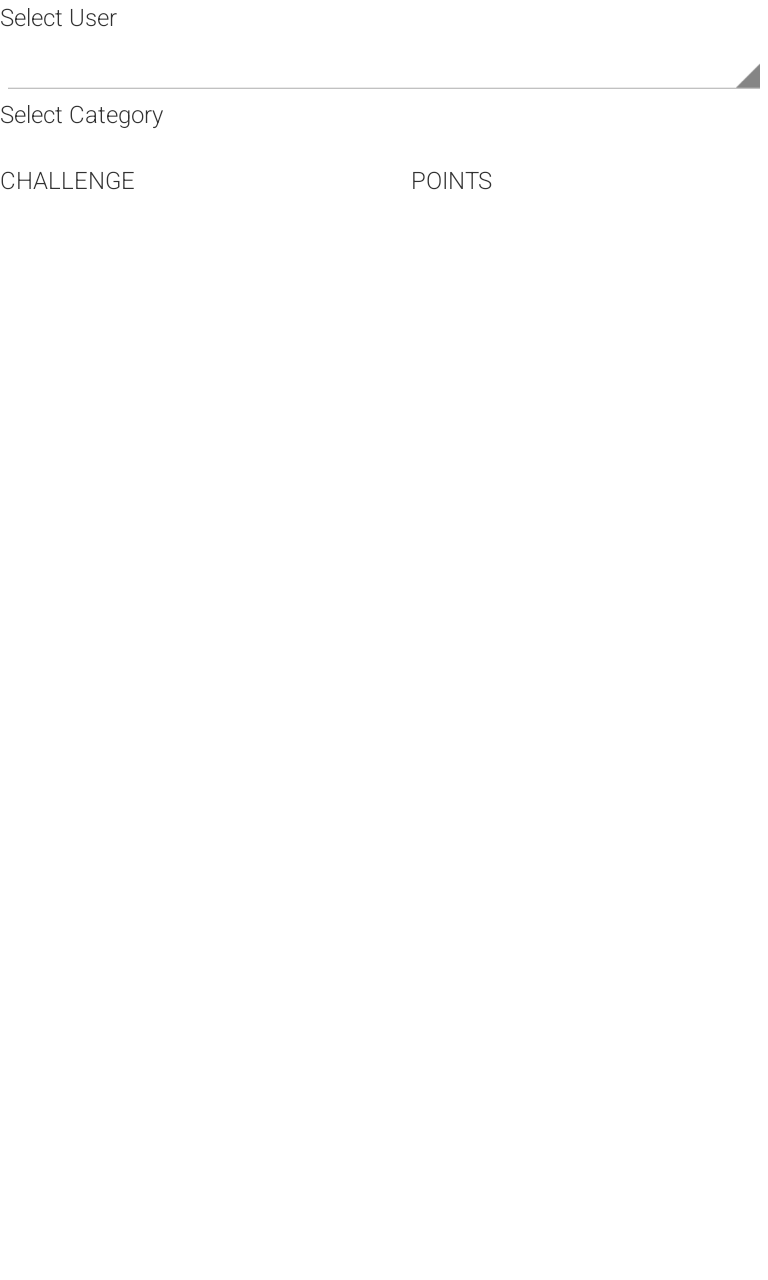
Repository: MikeFynes/ChallengeAccepted
Layout: ChallengeAcceptedFrontEnd/ChallengeDemo/res/layout/tab_challenges.xml
The author's editor kept a copy of each file at every save. The layout is drawn from the files as they stood at one save, then again after the next save.
It is drawn on a 768 x 1280 px phone screen (xhdpi) without system bars, with theme AppTheme; the app's code is not run.

Above is the layout before, as saved 2014-12-09 16:58:18.

### ChallengeAcceptedFrontEnd/ChallengeDemo/res/layout/tab_challenges.xml
<?xml version="1.0" encoding="utf-8"?>
<LinearLayout xmlns:android="http://schemas.android.com/apk/res/android"
    android:layout_width="match_parent"
    android:layout_height="match_parent"
    android:orientation="vertical" >
    <TextView

        android:layout_width="match_parent"
    android:layout_height="wrap_content"
    android:text="@string/start_select_user"  />


    <Spinner android:id="@+id/user_spinner"
        android:layout_width="fill_parent"
    android:layout_height="wrap_content"
    />
        <TextView

        android:layout_width="match_parent"
    android:layout_height="wrap_content"
    android:text="@string/select_category"  />
        <HorizontalScrollView android:layout_width="fill_parent"
    android:layout_height="wrap_content">

            <LinearLayout
                android:id="@+id/category_selecter"
                android:layout_width="wrap_content"
    			android:layout_height="wrap_content"
   				 android:orientation="horizontal">


   	</LinearLayout>
        </HorizontalScrollView>


    <TextView
       android:id="@+id/select_challenge"
        android:layout_width="match_parent"
    android:layout_height="wrap_content"
      />


    <TableLayout
    android:layout_width="fill_parent"
    android:layout_height="wrap_content"

    >
           <TableRow    android:layout_width="fill_parent"
    android:layout_height="wrap_content"
    >
                <TextView android:layout_width="match_parent"
    android:layout_height="wrap_content"
    android:text="@string/challenge_title"
    android:layout_weight="1" />
                                <TextView android:layout_width="match_parent"
    android:layout_height="wrap_content"
    android:text="@string/challenge_points"
    android:layout_weight="1" />
         </TableRow>


</TableLayout>
<ScrollView     android:layout_width="fill_parent"
    android:layout_height="wrap_content">
    <TableLayout
    android:layout_width="fill_parent"
    android:layout_height="wrap_content"
     android:id="@+id/challenge_list"
    ></TableLayout>
    </ScrollView>



</LinearLayout>

### ChallengeAcceptedFrontEnd/ChallengeDemo/res/values/styles.xml
<?xml version="1.0" encoding="utf-8"?>
<!-- File created by the Android Action Bar Style Generator

     Copyright (C) 2011 The Android Open Source Project
     Copyright (C) 2012 readyState Software Ltd

     Licensed under the Apache License, Version 2.0 (the "License");
     you may not use this file except in compliance with the License.
     You may obtain a copy of the License at

          http://www.apache.org/licenses/LICENSE-2.0

     Unless required by applicable law or agreed to in writing, software
     distributed under the License is distributed on an "AS IS" BASIS,
     WITHOUT WARRANTIES OR CONDITIONS OF ANY KIND, either express or implied.
     See the License for the specific language governing permissions and
     limitations under the License.
-->

<resources xmlns:android="http://schemas.android.com/apk/res/android">

    <style name="AppTheme" parent="@android:style/Theme.Holo.Light">
<item name="android:actionBarTabStyle">@style/MyActionBarTabsIndicator</item>

        <item name="android:actionBarStyle">@style/MyActionBar</item>
        <item name="android:actionBarTabTextStyle">@style/MyActionBarTabText</item>

        <item name="android:actionMenuTextColor">@style/MyActionBarTitleText</item>
        <item name="android:textViewStyle">@style/RobotoTextViewStyle</item>
        <item name="android:buttonStyle">@style/RobotoButtonStyle</item>

    </style>



    <style name="RobotoTextViewStyle" parent="android:Widget.TextView">
    <item name="android:fontFamily">sans-serif-light</item>
     <item name="android:textSize">12sp</item>
</style>

<style name="RobotoButtonStyle" parent="android:Widget.Holo.Button">
    <item name="android:fontFamily">sans-serif-light</item>
     <item name="android:textSize">12sp</item>
     <item name="android:textColor">@color/black</item>
     <item name="android:background">@drawable/tab_indicator</item>
</style>

 <style name="MyActionBarTabsIndicator"
        parent="android:Widget.Holo.Light.ActionBar.TabView">
        <!-- tab indicator -->
        <item name="android:state_pressed">true</item>
        <item name="android:background">@drawable/tab_indicator</item>
    </style>

    <!-- ActionBar styles -->
    <style name="MyActionBar"
        parent="android:Widget.Holo.Light.ActionBar">

        <item name="android:background" >@color/actionbar</item>
        </style>

    <!-- ActionBar title text -->
    <style name="MyActionBarTitleText"
        parent="android:TextAppearance.Holo.Widget.ActionBar.Title">
        <item name="android:textColor">@color/black</item>
    </style>



    <!-- ActionBar tabs text styles -->
    <style name="MyActionBarTabText"
        parent="android:Widget.Holo.ActionBar.TabText">
        <item name="android:textColor">@color/black</item>
    </style>



</resources>

### ChallengeAcceptedFrontEnd/ChallengeDemo/res/values/color.xml
<?xml version="1.0" encoding="utf-8"?>
<resources>

    <color name="white">#FFFFFF</color>
    <color name="black">#000000</color>

<!--      CHALLENGES COLOURS -->
    <color name="selected_cat">#00695C</color>
    <color name="list_selected_chall">#B2DFDB</color>

<!--     ACTIONBAR COLOURS -->
    <color name="actionbar">#009688</color>


</resources>

### ChallengeAcceptedFrontEnd/ChallengeDemo/res/drawable/tab_indicator.xml
<?xml version="1.0" encoding="utf-8"?>
<selector xmlns:android="http://schemas.android.com/apk/res/android" >
    <!-- STATES WHEN BUTTON IS NOT PRESSED -->

    <!-- Non focused states -->
    <item android:state_focused="false" android:state_selected="false"
        android:state_pressed="false"
        android:drawable="@color/actionbar" />
    <item android:state_focused="false" android:state_selected="true"
        android:state_pressed="false"
        android:drawable="@color/list_selected_chall" />

    <!-- Focused states (such as when focused with a d-pad or mouse hover) -->
    <item android:state_focused="true" android:state_selected="false"
        android:state_pressed="false"
        android:drawable="@color/actionbar" />
    <item android:state_focused="true" android:state_selected="true"
        android:state_pressed="false"
        android:drawable="@color/list_selected_chall" />


    <!-- STATES WHEN BUTTON IS PRESSED -->

    <!-- Non focused states -->
    <item android:state_focused="false" android:state_selected="false"
        android:state_pressed="true"
        android:drawable="@color/actionbar" />
    <item android:state_focused="false" android:state_selected="true"
        android:state_pressed="true"
        android:drawable="@color/list_selected_chall" />

    <!-- Focused states (such as when focused with a d-pad or mouse hover) -->
    <item android:state_focused="true" android:state_selected="false"
        android:state_pressed="true"
        android:drawable="@color/list_selected_chall" />
    <item android:state_focused="true" android:state_selected="true"
        android:state_pressed="true"
        android:drawable="@color/list_selected_chall" />

</selector>

### ChallengeAcceptedFrontEnd/ChallengeDemo/res/values/strings.xml
<?xml version="1.0" encoding="utf-8"?>
<resources>
	<string name="image_context">image</string>
    <string name="app_name">Challenger</string>
    <string name="start_select_user">Select User</string>
    <string name="select_challenge">Select Challenge</string>
    <string name="select_category">Select Category</string>
    <string name="action_settings">Settings</string>

      <string name="text_accepted">ACCEPTED</string>
    <string name="text_received">RECEIVED</string>

    <string name="tab_lbl_my_challenges">My Challenges</string>
    <string name="tab_lbl_scoreboard">Scoreboard</string>
    <string name="tab_lbl_create_challenge">Challenge</string>
    <string name="tab_lbl_welcome">Welcome</string>
    <string name="btn_accept">Accept</string>
    <string name="btn_decline">Decline</string>



    <string name="btn_complete">Complete</string>
    <string name="no_challTitle">No Challenge Yet</string>
    <string name="no_challDesc">No Challenge has been issued</string>
    <string name="btnChallenge">SEND CHALLENGE!</string>
    <string name="btnBack">Back</string>
    <string name="btn_add_user">Add User</string>

    <string name="challenge_title">CHALLENGE</string>
    <string name="challenge_points">POINTS</string>

      <string name="user_points">Score</string>
  		<string name="user_name">Name</string>

  		<string name="fill_form">Enter details below and click complete to add a user</string>
  		<string name="add_name">User Name</string>


  		<string name="welcome_start">Welcome</string>
  		<string name="welcome_from_start">Navigate through tabs to challenges!</string>

  		<string name="welcome_response">Response Logged!</string>
  		<string name="welcome_from_response">Your response has been added!</string>

  		  		<string name="welcome_complete">Challenge Complete</string>
  		<string name="welcome_from_complete">You go girl!</string>

  		  		<string name="welcome_sent">Challenge Sent</string>
  		<string name="welcome_from_sent">Oooooooooooh!</string>
</resources>

After the next save:
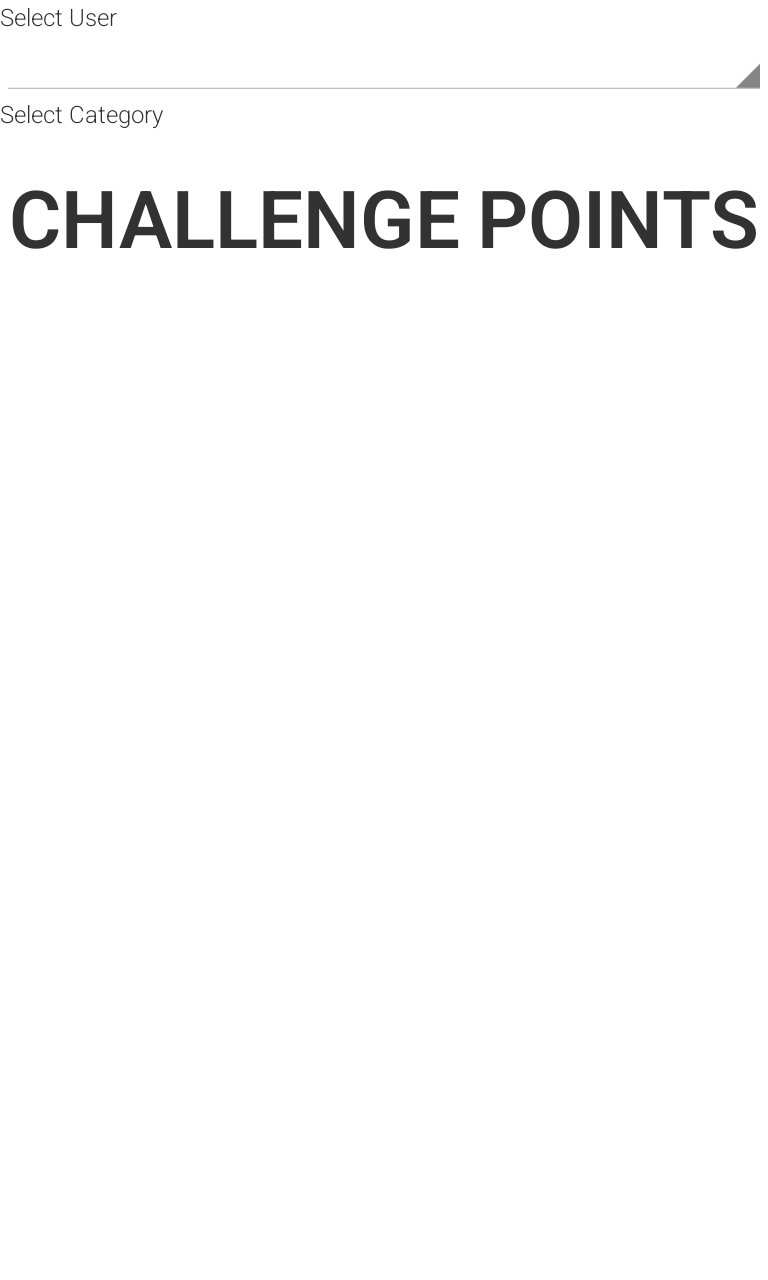
Saved 22 s later.
--- a/ChallengeAcceptedFrontEnd/ChallengeDemo/res/layout/tab_challenges.xml
+++ b/ChallengeAcceptedFrontEnd/ChallengeDemo/res/layout/tab_challenges.xml
@@ -51,11 +51,17 @@
                 <TextView android:layout_width="match_parent"
     android:layout_height="wrap_content"
     android:text="@string/challenge_title"
-    android:layout_weight="1" />
+    android:layout_weight="1"
+    android:gravity="center"
+    android:textStyle="bold"
+    android:textSize="40sp" />
                                 <TextView android:layout_width="match_parent"
     android:layout_height="wrap_content"
     android:text="@string/challenge_points"
-    android:layout_weight="1" />
+    android:layout_weight="1"
+    android:gravity="center"
+    android:textStyle="bold"
+    android:textSize="40sp" />
          </TableRow>
 
 
